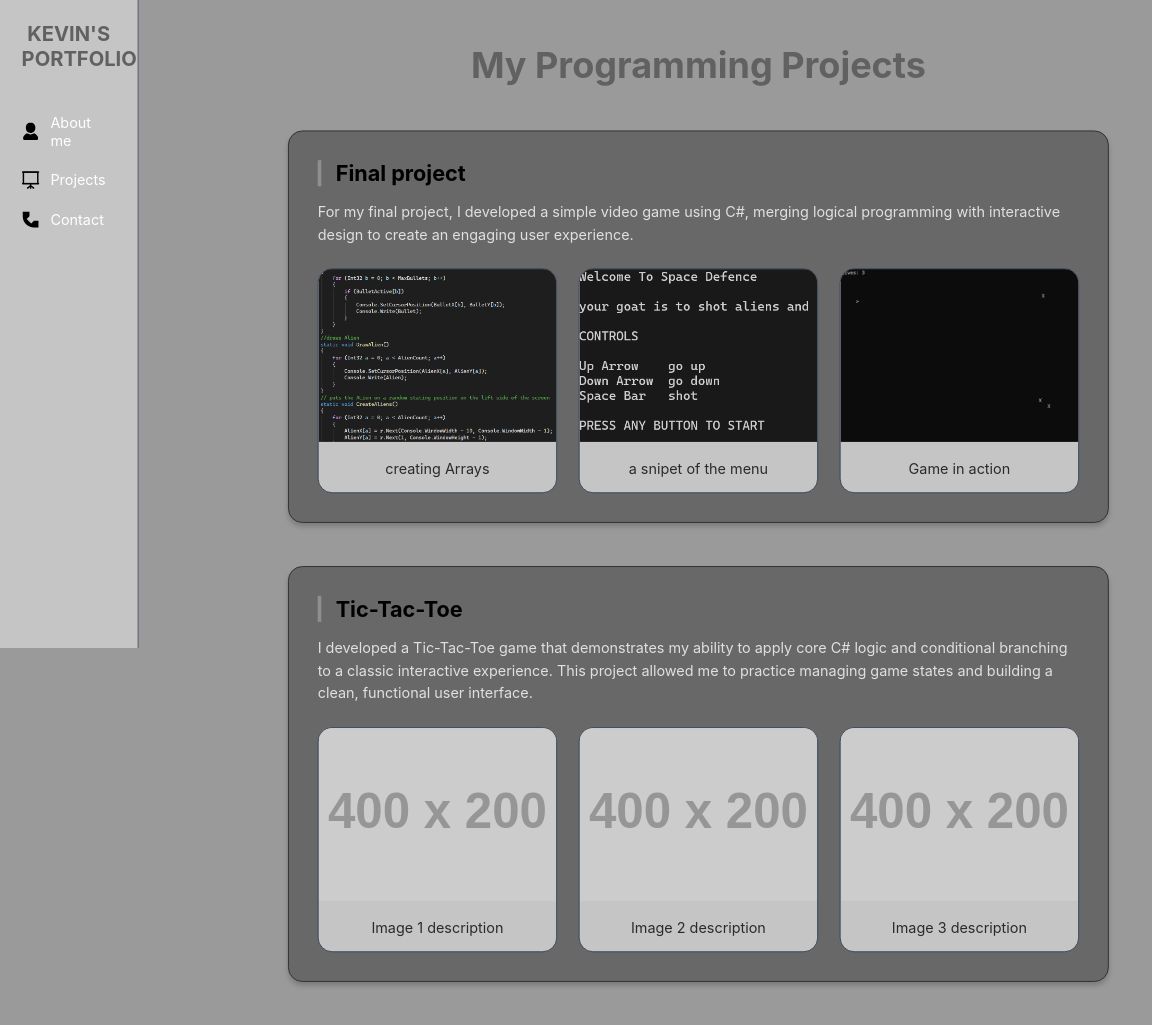
Repository: KevinSamaha/Kevin_Samaha
Page: pages/projects.html
These files come from the project's save history. The page is drawn as it stood at one moment and after the next save; the edit follows.
The browser window is 1280 px wide. The pictures show the whole page, at 90% of full size.

Above is the page before, as saved 2026-05-14 00:00:10.

### pages/projects.html
<!doctype html>
<html lang="en">
  <head>
    <meta charset="UTF-8" />
    <meta name="viewport" content="width=device-width, initial-scale=1.0" />
    <title>My Programming Projects</title>

    <link rel="stylesheet" href="../styles/projects.css" />
        <link rel="stylesheet" href="../styles/global.css"/>
  </head>

  <body>
    <!-- SIDEBAR -->
    <header>
      <h2 class="logo">KEVIN'S PORTFOLIO</h2>

      <nav>
        <ul class="sidebarcontainer">
          <li>
            <a class="sidebar" href="index.html">
              <img src="../Assets/images/me.svg" class="icon" />
              About me</a
            >
          </li>

          <li>
            <a class="sidebar" href="projects.html">
              <img src="../Assets/images/project.svg" class="icon" />
              Projects</a
            >
          </li>

          <li>
            <a class="sidebar" href="contact.html">
              <img src="../Assets/images/phone.svg" class="icon" />
              Contact</a
            >
          </li>
        </ul>
      </nav>
    </header>

    <!-- MAIN -->
    <main>
      <h1 class ="title-project">My Programming Projects</h1>

      <section class="projects-container">
        <!-- PROJECT 1 -->
        <section class="project-card">
          <article>
            <h2 class="project-title">Final project</h2>

            <p class="project-description">
             For my final project, I developed a simple video game using C#,
             merging logical programming with interactive design to create
             an engaging user experience.
            </p>
          </article>

          <section class="image-gallery">
            <article class="image-card">
              <img src="../Assets/images/finalproject1.png" alt="../Assets/images/deer.png" />
              <p class="image-description">creating Arrays</p>
            </article>

            <article class="image-card">
              <img src="../Assets/images/Finalproject2.png" alt="../Assets/images/deer.png" />
              <p class="image-description">a snipet of the menu</p>
            </article>

            <article class="image-card">
              <img src="../Assets/images/Finalproject3.png" alt="../Assets/images/deer.png" />
              <p class="image-description">Game in action</p>
            </article>
          </section>
        </section>

        <!-- PROJECT 2 -->
        <section class="project-card">
          <article>
            <h2 class="project-title">Tic-Tac-Toe</h2>

            <p class="project-description">
              I developed a Tic-Tac-Toe game that demonstrates my ability
              to apply core C# logic and conditional branching to a classic
              interactive experience. This project allowed me to practice managing
              game states and building a clean, functional user interface.
            </p>
          </article>

          <section class="image-gallery">
            <article class="image-card">
              <img src="https://via.placeholder.com/400x200" alt="../Assets/images/deer.png" />
              <p class="image-description">Image 1 description</p>
            </article>

            <article class="image-card">
              <img src="https://via.placeholder.com/400x200" alt="../Assets/images/deer.png" />
              <p class="image-description">Image 2 description</p>
            </article>

            <article class="image-card">
              <img src="https://via.placeholder.com/400x200" alt="../Assets/images/deer.png" />
              <p class="image-description">Image 3 description</p>
            </article>
          </section>
        </section>
      </section>
    </main>
  </body>
</html>

### styles/projects.css
/* GENERAL */
* {
  margin: 0;
  padding: 0;
  box-sizing: border-box;
  font-family: "Inter", sans-serif;
}

body {
  background-color: #00000065;
  color: white;
  min-height: 100vh;
  display: flex;
}

/* =========================
   MAIN AREA
========================= */

main {
  margin-left: 17rem;
  width: 100%;
  padding: 3rem;
}

/* TITLE */
.title-project {
  text-align: center;
  margin-bottom: 3rem;
  font-size: 2.5rem;
  color: #616161;
}

/* =========================
   PROJECTS
========================= */

.projects-container {
  display: flex;
  flex-direction: column;
  gap: 3rem;
}

.project-card {
  background-color: #686868;
  padding: 2rem;
  border-radius: 1rem;
  border: 0.0625rem solid #2b2b2b;
  box-shadow: 0 0.25rem 0.375rem rgba(0, 0, 0, 0.2);
}

.project-title {
  font-size: 1.5rem;
  margin-bottom: 1rem;
  color: #000;
  border-left: 0.25rem solid #8f8f8f;
  padding-left: 1rem;
}

.project-description {
  margin-bottom: 1.5rem;
  line-height: 1.6;
  color: #e0e0e0;
}

/* =========================
   IMAGE GRID
========================= */

.image-gallery {
  display: grid;
  grid-template-columns: repeat(auto-fit, minmax(15rem, 1fr));
  gap: 1.5rem;
}

.image-card {
  background-color: #c5c5c5;
  border-radius: 1rem;
  overflow: hidden;
  border: 0.0625rem solid #334155;
  transition: transform 0.3s ease;
}

.image-card:hover {
  transform: scale(1.03);
}

.image-card img {
  width: 100%;
  height: 12rem;
  object-fit: cover;
}

.image-description {
  padding: 1rem;
  text-align: center;
  color: #2b2b2b;
}

/* =========================
   MOBILE
========================= */

@media (max-width: 64rem) {
  header {
    width: 100%;
    height: auto;
    position: fixed;
    flex-direction: row;
    justify-content: space-between;
  }

  main {
    margin-left: 0;
    margin-top: 10rem;
    padding: 1.5rem;
  }
}

### styles/global.css
header {
  width: 12%;
  min-width: 1%;
  height: 100vh;
  background-color: #c5c5c5;
  border-right: 0.0625rem solid #334155;
  position: fixed;
  display: flex;
  flex-direction: column;
  gap: 2rem;
  padding: 1.5rem;
}

.logo {
  font-size: 1.4rem;
  font-weight: 700;
  color: #616161;
  text-align: center;
  margin-bottom: 1rem;
}

.sidebarcontainer {
  list-style: none;
  display: flex;
  flex-direction: column;
  gap: 1.5rem;
}

.sidebar {
  display: flex;
  align-items: center;
  gap: 0.75rem;
  font-size: 1rem;
  text-decoration: none;
  color: inherit;
}

.sidebar:hover {
  color: #000000;
  background-color: #8f8f8f;
  border-radius: 0.5rem;
  transition: 0.2s ease;
}

.icon {
  width: 1.25rem;
  height: 1.25rem;
}

After the next save:
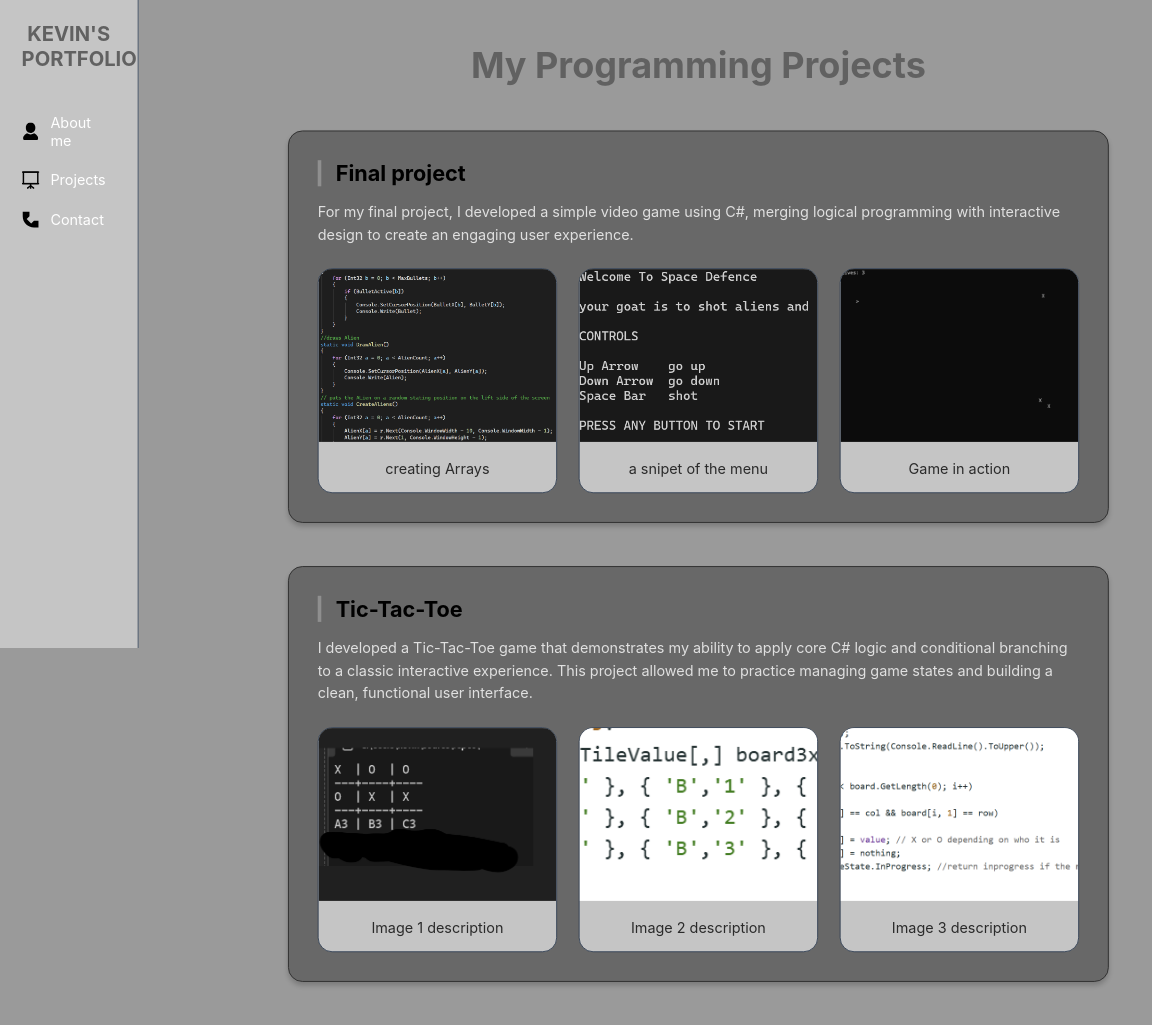
Saved 6 min 42 s later.
--- a/pages/projects.html
+++ b/pages/projects.html
@@ -90,17 +90,17 @@
 
           <section class="image-gallery">
             <article class="image-card">
-              <img src="https://via.placeholder.com/400x200" alt="../Assets/images/deer.png" />
+              <img src="../Assets/images/tictactoe1.png" alt="../Assets/images/deer.png" />
               <p class="image-description">Image 1 description</p>
             </article>
 
             <article class="image-card">
-              <img src="https://via.placeholder.com/400x200" alt="../Assets/images/deer.png" />
+              <img src="../Assets/images/tictactoe2.png" alt="../Assets/images/deer.png" />
               <p class="image-description">Image 2 description</p>
             </article>
 
             <article class="image-card">
-              <img src="https://via.placeholder.com/400x200" alt="../Assets/images/deer.png" />
+              <img src="../Assets/images/tictactoe3.png" alt="../Assets/images/deer.png" />
               <p class="image-description">Image 3 description</p>
             </article>
           </section>
